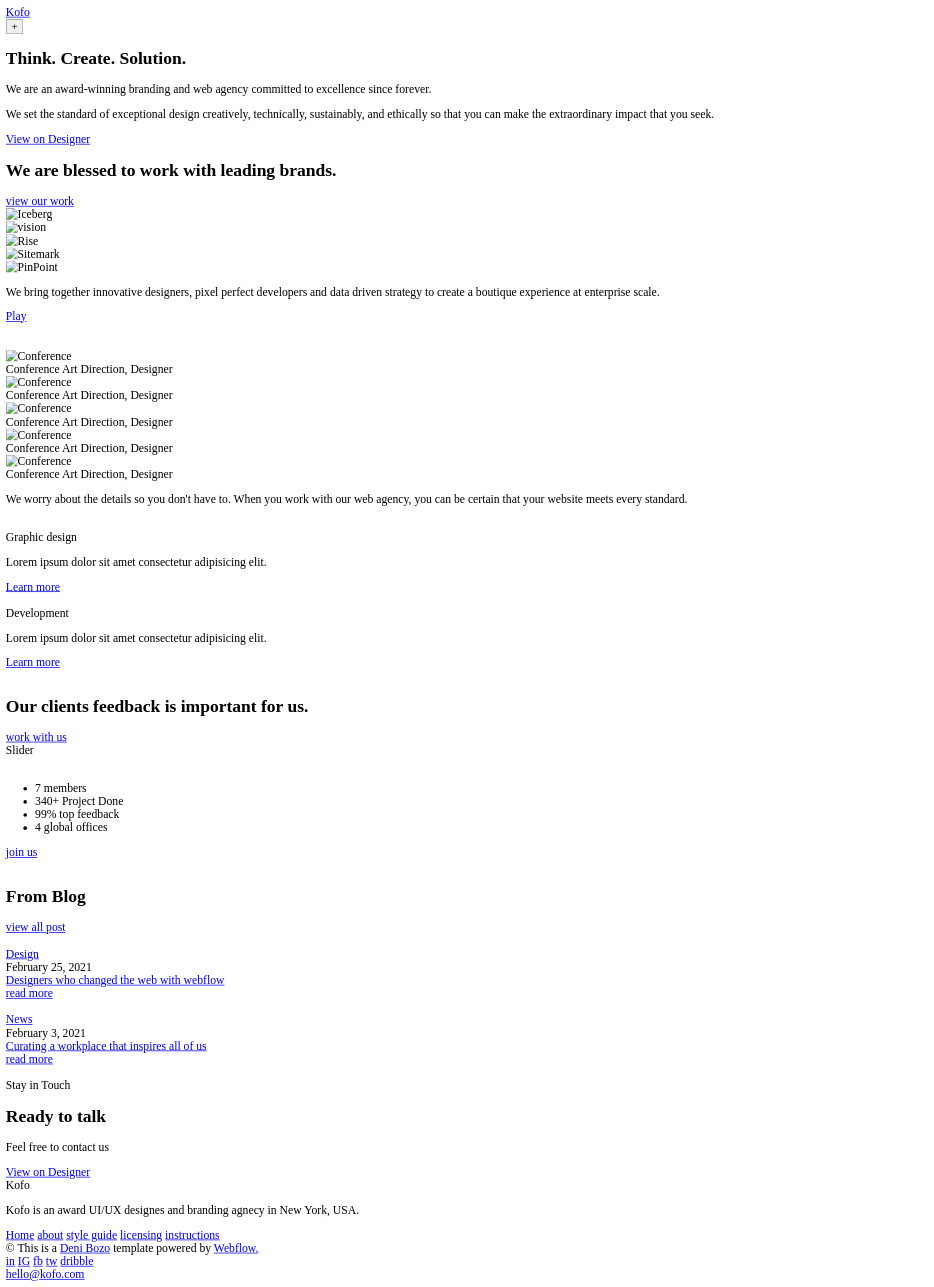
Repository: debthebuilder/kofo
Page: index.html
An editor plug-in stored every save of this project. The page is shown before and after the next save, followed by the edit.
The browser window is 1280 px wide. The pictures show the whole page, at 73% of full size.

Above is the page before, as saved 2022-10-13 12:11:34.

After the next save:
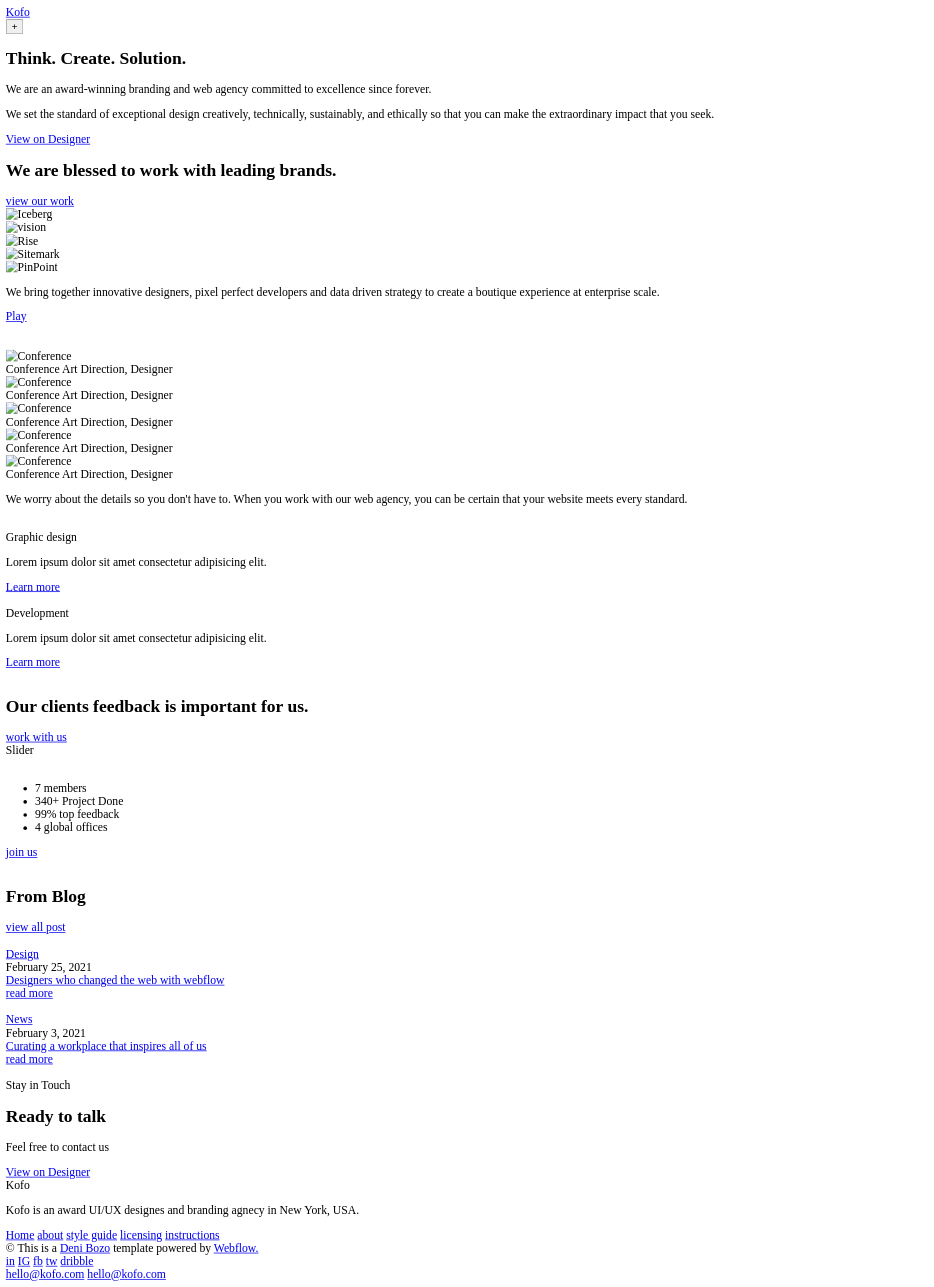
Saved 5 s later.
--- a/index.html
+++ b/index.html
@@ -291,6 +291,7 @@
                 </div>
                 <div class="contact">
                     <a href="mailto:hello@kofo.com" class="contact-email">hello@kofo.com</a>
+                    <a href="mailto:hello@kofo.com" class="contact-email">hello@kofo.com</a>
                 </div>
             </div>
         </footer>
